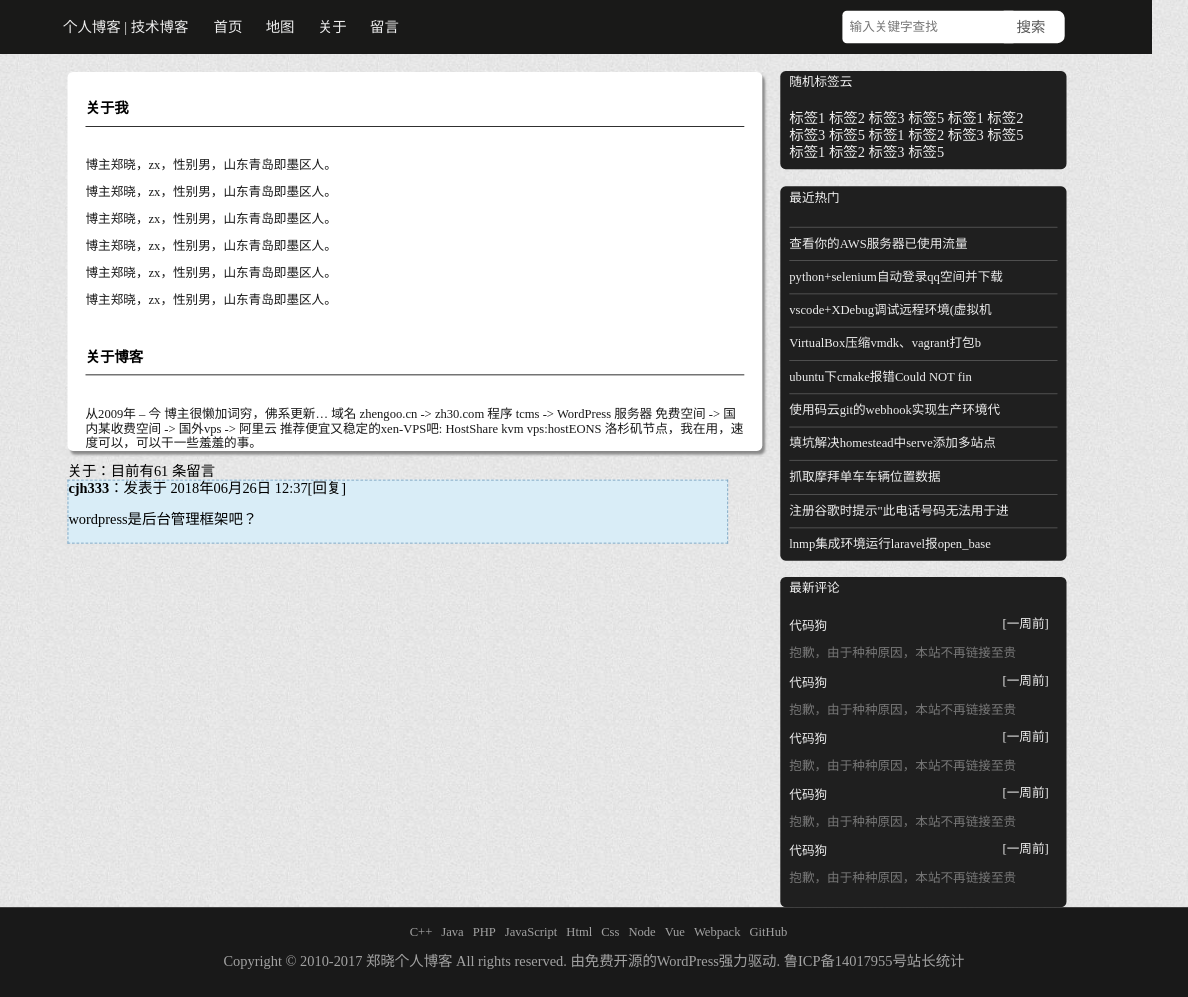
Repository: li1214/my_blog
Page: page/about.html
The author's editor kept a copy of each file at every save. The page is drawn from the files as they stood at one save, then again after the next save.
The browser window is 1280 px wide. The page is 1320 px wide, so the pictures cover 1320 px, including what lies to the right of the window. The pictures show the whole page, at 90% of full size.

Above is the page before, as saved 2019-01-04 14:26:12.

### page/about.html
<!DOCTYPE html>
<html lang="en">

<head>
    <meta charset="UTF-8" />
    <meta name="viewport" content="width=device-width, initial-scale=1.0" />
    <meta http-equiv="X-UA-Compatible" content="ie=edge" />
    <title>个人博客</title>
    <link href="./css/base.css" rel="stylesheet" type="text/css" />
    <link href="./css/about.css" rel="stylesheet" type="text/css" />
</head>

<body>
    <header>
        <div class="container">
            <a>个人博客 | 技术博客</a>
            <ul>
                <li><a href="">首页</a></li>
                <li><a href="">地图</a></li>
                <li><a href="">关于</a></li>
                <li><a href="">留言</a></li>
            </ul>
            <div class="search">
                <input type="text" placeholder="输入关键字查找" />
                <button>搜索</button>
            </div>
        </div>
    </header>
    <div class="content">
        <div class="content-left">
            <div class='about'>
                <div class='about-me'>
                    <h4>关于我</h4>
                    <p>博主郑晓，zx，性别男，山东青岛即墨区人。</p>
                    <p>博主郑晓，zx，性别男，山东青岛即墨区人。</p>
                    <p>博主郑晓，zx，性别男，山东青岛即墨区人。</p>
                    <p>博主郑晓，zx，性别男，山东青岛即墨区人。</p>
                    <p>博主郑晓，zx，性别男，山东青岛即墨区人。</p>
                    <p>博主郑晓，zx，性别男，山东青岛即墨区人。</p>
                </div>
                <div class='about-blog'>
                    <h4>关于博客</h4>
                    <p>从2009年 – 今
                    博主很懒加词穷，佛系更新…
                    域名 zhengoo.cn -> zh30.com
                    程序 tcms -> WordPress
                    服务器 免费空间 -> 国内某收费空间 -> 国外vps -> 阿里云

                    推荐便宜又稳定的xen-VPS吧: HostShare
                    kvm vps:hostEONS 洛杉矶节点，我在用，速度可以，可以干一些羞羞的事。</p>
                </div>
            </div>
            <div class='liuyan'>
                <span>关于：目前有61 条留言</span>
                <div class='liuyan-item'>
                    <span><b>cjh333</b>：发表于 2018年06月26日 12:37[回复]</span>
                    <p>wordpress是后台管理框架吧？</p>
                </div>
            </div>
            <div>
                <form action="">

                </form>
            </div>
        </div>
        <div class="content-right">
            <div class="right-box">
                <h4>随机标签云</h4>
                <div class="contents">
                    <a>标签1</a> <a>标签2</a> <a>标签3</a> <a>标签5</a> <a>标签1</a>
                    <a>标签2</a> <a>标签3</a> <a>标签5</a> <a>标签1</a> <a>标签2</a>
                    <a>标签3</a> <a>标签5</a> <a>标签1</a> <a>标签2</a> <a>标签3</a>
                    <a>标签5</a>
                </div>
            </div>
            <div class="right-box" style="padding-bottom: 0;">
                <h4>最近热门</h4>
                <div class="contents">
                    <ul class="list-group">
                        <li class="list-group-item">
                            <a href="https://www.zh30.com/aws-ec2-cloudwatch.html">查看你的AWS服务器已使用流量</a>
                        </li>
                        <li class="list-group-item">
                            <a href="https://www.zh30.com/python-selenium-qqzone-album.html">python+selenium自动登录qq空间并下载</a>
                        </li>
                        <li class="list-group-item">
                            <a href="https://www.zh30.com/vscode-xdebug-remote-vagrant-php.html">vscode+XDebug调试远程环境(虚拟机</a>
                        </li>
                        <li class="list-group-item">
                            <a href="https://www.zh30.com/virtualbox-vmdk-vagrant-box.html">VirtualBox压缩vmdk、vagrant打包b</a>
                        </li>
                        <li class="list-group-item">
                            <a href="https://www.zh30.com/ubuntu-cmake-could-not-find-boost.html">ubuntu下cmake报错Could
                                NOT fin</a>
                        </li>
                        <li class="list-group-item">
                            <a href="https://www.zh30.com/webhook-git-pull.html">使用码云git的webhook实现生产环境代</a>
                        </li>
                        <li class="list-group-item">
                            <a href="https://www.zh30.com/homestead-serve-add-sites.html">填坑解决homestead中serve添加多站点</a>
                        </li>
                        <li class="list-group-item">
                            <a href="https://www.zh30.com/crawl-mobike-location.html">抓取摩拜单车车辆位置数据</a>
                        </li>
                        <li class="list-group-item">
                            <a href="https://www.zh30.com/google-register-phone-verification.html">注册谷歌时提示"此电话号码无法用于进</a>
                        </li>
                        <li class="list-group-item">
                            <a href="https://www.zh30.com/lnmp-laravel-open_basedir.html">lnmp集成环境运行laravel报open_base</a>
                        </li>
                    </ul>
                </div>
            </div>
            <div class="right-box">
                <h4>最新评论</h4>
                <div class="contents">
                    <div class='item'>
                        <div class='item-title'>
                            <span>代码狗</span>
                            <span class='spanr'>[一周前]</span>
                        </div>
                        <p class='item-comtebt'>
                            抱歉，由于种种原因，本站不再链接至贵
                        </p>
                    </div>
                    <div class='item'>
                        <div class='item-title'>
                            <span>代码狗</span>
                            <span class='spanr'>[一周前]</span>
                        </div>
                        <p class='item-comtebt'>
                            抱歉，由于种种原因，本站不再链接至贵
                        </p>
                    </div>
                    <div class='item'>
                        <div class='item-title'>
                            <span>代码狗</span>
                            <span class='spanr'>[一周前]</span>
                        </div>
                        <p class='item-comtebt'>
                            抱歉，由于种种原因，本站不再链接至贵
                        </p>
                    </div>
                    <div class='item'>
                        <div class='item-title'>
                            <span>代码狗</span>
                            <span class='spanr'>[一周前]</span>
                        </div>
                        <p class='item-comtebt'>
                            抱歉，由于种种原因，本站不再链接至贵
                        </p>
                    </div>
                    <div class='item'>
                        <div class='item-title'>
                            <span>代码狗</span>
                            <span class='spanr'>[一周前]</span>
                        </div>
                        <p class='item-comtebt'>
                            抱歉，由于种种原因，本站不再链接至贵
                        </p>
                    </div>
                </div>
            </div>
        </div>
    </div>
    <footer>
        <ul>
            <li>C++</li>
            <li>Java</li>
            <li>PHP</li>
            <li>JavaScript</li>
            <li>Html</li>
            <li>Css</li>
            <li>Node</li>
            <li>Vue</li>
            <li>Webpack</li>
            <li>GitHub</li>
        </ul>
        <p>Copyright © 2010-2017 郑晓个人博客 All rights reserved. 由免费开源的WordPress强力驱动. 鲁ICP备14017955号站长统计</p>
    </footer>
</body>

</html>

### page/css/base.css
html {line-height: 1.15; /* 1 */-webkit-text-size-adjust: 100%; /* 2 */}
body {margin: 0;}
@font-face{
    font-family: 'myicon';
    src: url('../font/glyphicons-halflings-regular.woff2')
}
ul{padding: 0}
main {
  display: block;
}
h1 {
  font-size: 2em;
  margin: 0.67em 0;
}
hr {
  box-sizing: content-box; /* 1 */
  height: 0; /* 1 */
  overflow: visible; /* 2 */
}
pre {
  font-family: monospace, monospace; /* 1 */
  font-size: 1em; /* 2 */
}
a {
  background-color: transparent;
}
abbr[title] {
  border-bottom: none; /* 1 */
  text-decoration: underline; /* 2 */
  text-decoration: underline dotted; /* 2 */
}
b,
strong {
  font-weight: bolder;
}
code,
kbd,
samp {
  font-family: monospace, monospace; /* 1 */
  font-size: 1em; /* 2 */
}
small {
  font-size: 80%;
}
sub,
sup {
  font-size: 75%;
  line-height: 0;
  position: relative;
  vertical-align: baseline;
}
sub {
  bottom: -0.25em;
}
sup {
  top: -0.5em;
}
img {
  border-style: none;
}
button,
input,
optgroup,
select,
textarea {
  font-family: inherit; /* 1 */
  font-size: 100%; /* 1 */
  line-height: 1.15; /* 1 */
  margin: 0; /* 2 */
}
button,
input { /* 1 */
  overflow: visible;
}
button,
select { /* 1 */
  text-transform: none;
}
button,
[type="button"],
[type="reset"],
[type="submit"] {
  -webkit-appearance: button;
}
button::-moz-focus-inner,
[type="button"]::-moz-focus-inner,
[type="reset"]::-moz-focus-inner,
[type="submit"]::-moz-focus-inner {
  border-style: none;
  padding: 0;
}
button:-moz-focusring,
[type="button"]:-moz-focusring,
[type="reset"]:-moz-focusring,
[type="submit"]:-moz-focusring {
  outline: 1px dotted ButtonText;
}
fieldset {
  padding: 0.35em 0.75em 0.625em;
}
legend {
  box-sizing: border-box; /* 1 */
  color: inherit; /* 2 */
  display: table; /* 1 */
  max-width: 100%; /* 1 */
  padding: 0; /* 3 */
  white-space: normal; /* 1 */
}
progress {
  vertical-align: baseline;
}
textarea {
  overflow: auto;
}

[type="checkbox"],
[type="radio"] {
  box-sizing: border-box; /* 1 */
  padding: 0; /* 2 */
}
[type="number"]::-webkit-inner-spin-button,
[type="number"]::-webkit-outer-spin-button {
  height: auto;
}

[type="search"] {
  -webkit-appearance: textfield; /* 1 */
  outline-offset: -2px; /* 2 */
}

[type="search"]::-webkit-search-decoration {
  -webkit-appearance: none;
}
::-webkit-file-upload-button {
  -webkit-appearance: button; /* 1 */
  font: inherit; /* 2 */
}
details {
  display: block;
}
summary {
  display: list-item;
}
template {
  display: none;
}
[hidden] {
  display: none;
}
a{text-decoration: none;}
/* ========================================================== css reset ========================================================== */

body {
    width: 100%;
    height: 100%;
    background-image: url(../image/bg.jpg);
    background-repeat: repeat;
    overflow-x: hidden;
}

header{
    width: 100%;
    height: 60px;
    background-color: #191918;
}
header .container {
    width:1170px;
    height: 100%;
    margin: 0 auto;
}
header .container>a{
    display: block;
    float: left;
    color: #eee;
    line-height: 60px;
    margin: 0 15px;
    font-size: 16px;
}
header .container>ul{
    float: left;
    margin: 0;
    padding: 0;
}
header .container>ul>li{
    display: inline-block;
    float: left;
}
header .container>ul>li a{
    color: #eee;
    display: inline-block;
    height: 60px;
    width: 58px;
    line-height: 60px;
    text-align: center;
}
header .container .search{
    float: right;
    height: 100%;
    position: relative;
    right: 117px;
}
header .container .search>input{
    display: inline-block;
    position: absolute;
    height: 26px;
    padding: 5px 8px;
    border-radius: 5px;
    border:none;
    outline: none;
    font-size: 14px;
    margin-top: 12px;
    left: -172px;
}
header .container .search > button{
    outline: none;
    display: inline-block;
    position: absolute;
    width: 75px;
    height: 36px;
    padding: 5px 10px;
    border-radius: 8px;
    margin-top: 12px;
    cursor: pointer;
    color: #555;
    background-color: white;
    border: none;
}
/* ============================================================== header end ===================================================================== */
.content {
    width: 1170px;
    margin: 0 auto;
    position: relative;
    overflow: hidden;
}
.content .content-left{
    float: left;
    width: 66%;
    box-sizing: border-box;
    padding: 0 20px;
}
.content .content-right{
    float: right;
    width: 34%;
    box-sizing: border-box;
}
.right-box{
    background-color: #1f1f1f;
    margin-top: 20px;
    width: 80%;
    margin: 0 auto;
    box-sizing: border-box;
    border-radius: 6px;
    padding-bottom: 10px;
}
.right-box>h4 {
    color: #f4f4f4;
    font-weight: normal;
    padding: 5px 10px;
    font-size: 14px;
}
.right-box .contents{
    color: #eee;
    padding: 0 10px 0px 10px;
}
/* .right-box .contents a::after{
    display: block;
    content: '';
    overflow: hidden;
    clear: both;
    position: absolute;
} */
.right-box .contents>a{
    display: inline-block;
}
.right-box .contents li{
    width: 100%;
    list-style: none;
    white-space:nowrap;
    overflow: hidden;
   text-overflow: ellipsis;
    border-top:1px solid #555;
}
.right-box .contents li a{
    font-size: 14px;
    display: inline-block;
    color: #eee;
    padding: 10px 0;
}
.right-box .item .item-title{position: relative;}
.right-box .item .item-title span{display: inline-block;font-size: 14px;font-weight: normal;}
.right-box .item .item-title span.spanr{
    position: absolute;
    right: 10px;
}
.right-box .item > p{color: #777;font-size: 14px;}


/* =====================================================================  footer start ================================================================= */

footer{
    width: 100%;
    height: 60px;
    background: #191919;
    text-align: center;
    padding: 20px;
}
footer ul{
    display: inline-block;
    margin:  0 auto;
    text-align: center;
}
footer ul li{
    display: inline-block;
    color: #a2a2a2;
    float: left;
    font-size: 14px;
    margin-left: 10px;
    cursor: pointer;
    text-align: center;
}
footer p {
    margin-top: 10px;
    color: #a2a2a2;
}

### page/css/about.css

.about{
    width: 100%;
    background-color: #fff;
    border-radius: 6px;
    padding: 0 20px;
    margin-top: 20px;
    box-shadow: 3px 4px 3px #888;
}
.about-me > h4,.about-blog > h4{
    display: inline-block;
    padding: 10px 0;
    width: 100%;
    border-bottom: 1px solid #191919;
}
.about-me p,.about-blog > p{
    color: #191919;
    font-size: 14px;
}
.liuyan{
    width: 100%;
    margin-top: 10px;
}
.liuyan-item{
    width: 100%;
    border:1px #7ca4c1 dashed;
    background-color: #d9edf7;
}

After the next save:
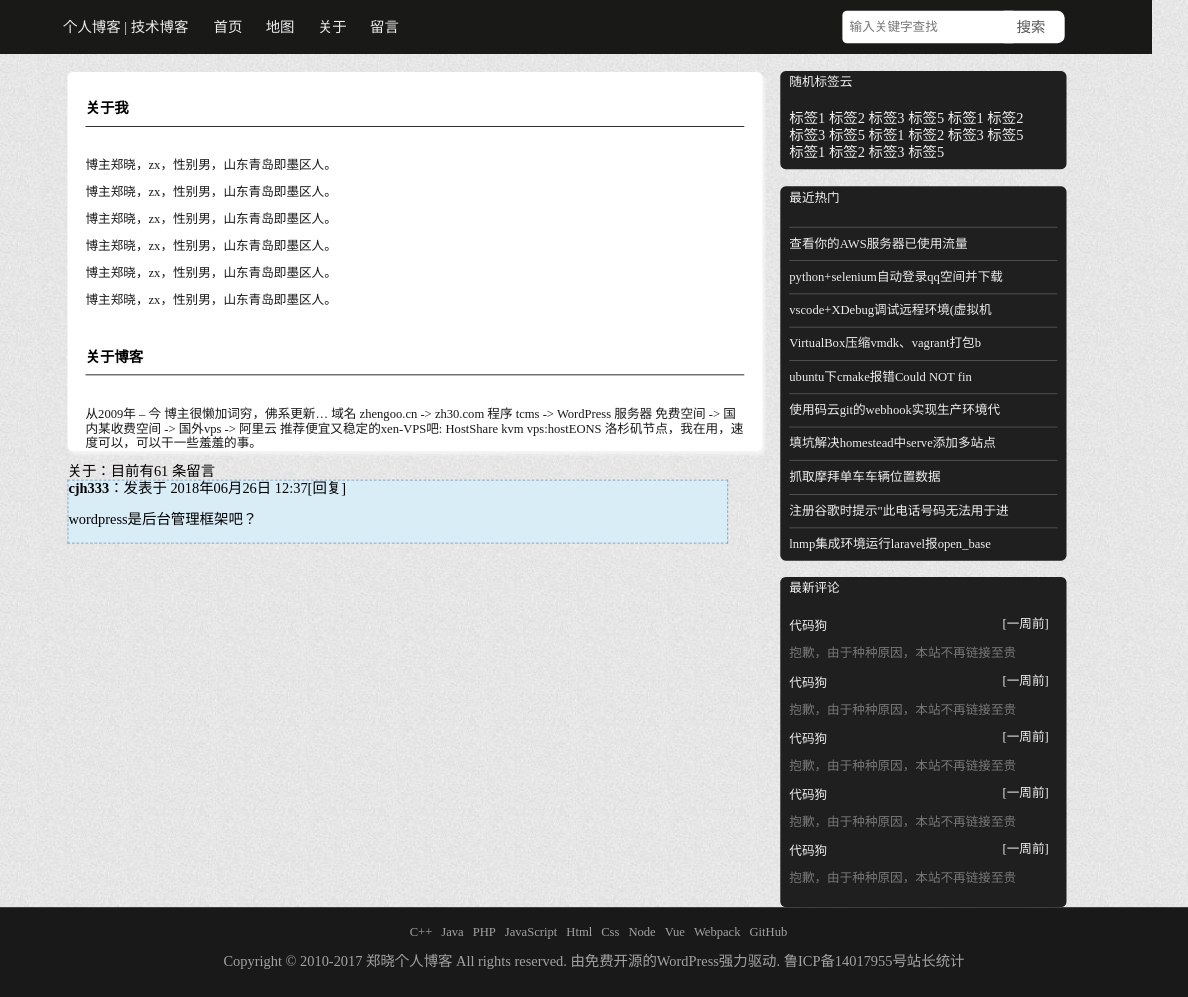
Saved 11 s later.
--- a/page/css/about.css
+++ b/page/css/about.css
@@ -5,7 +5,7 @@
     border-radius: 6px;
     padding: 0 20px;
     margin-top: 20px;
-    box-shadow: 3px 4px 3px #888;
+    box-shadow: 3px 4px 3px #f4f4f4;
 }
 .about-me > h4,.about-blog > h4{
     display: inline-block;
